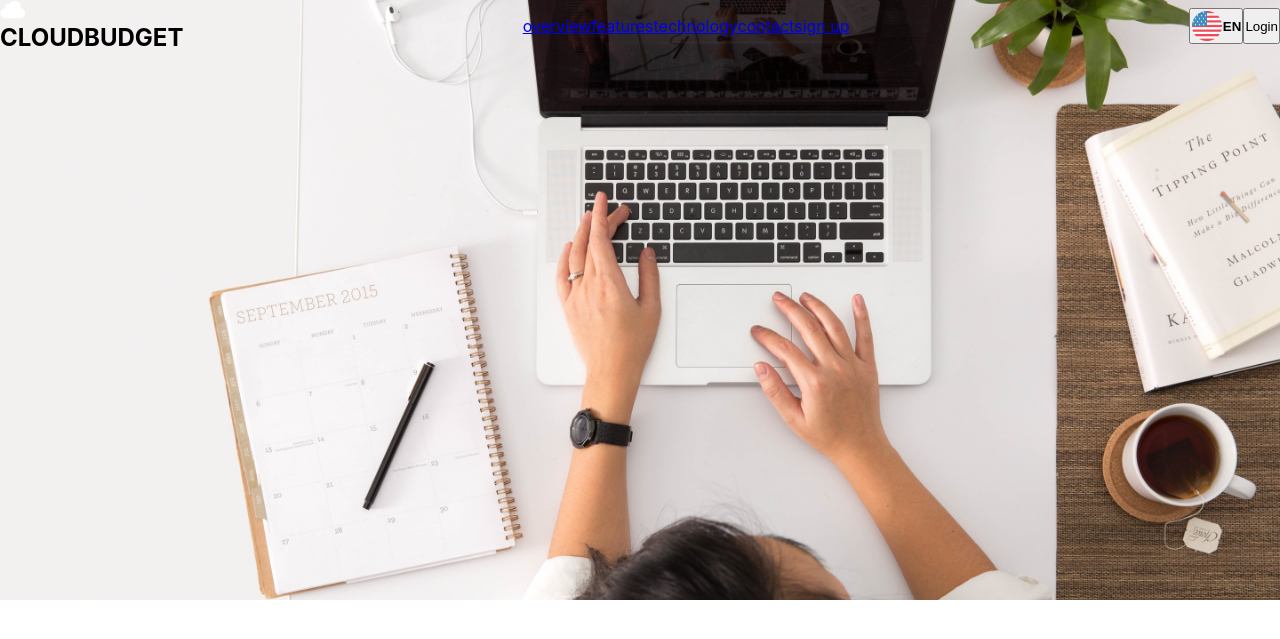
Repository: Ola-22/cloudBudget
Page: /
The author's editor kept a copy of each file at every save. The page is drawn from the files as they stood at one save, then again after the next save.
The browser window is 1280 px wide. The pictures show the whole page.
The project was rebuilt for these pictures with package versions that can differ from the ones it lists, and the page was loaded fresh each time.

Above is the page before, as saved 2021-09-11 14:54:17.

After the next save:
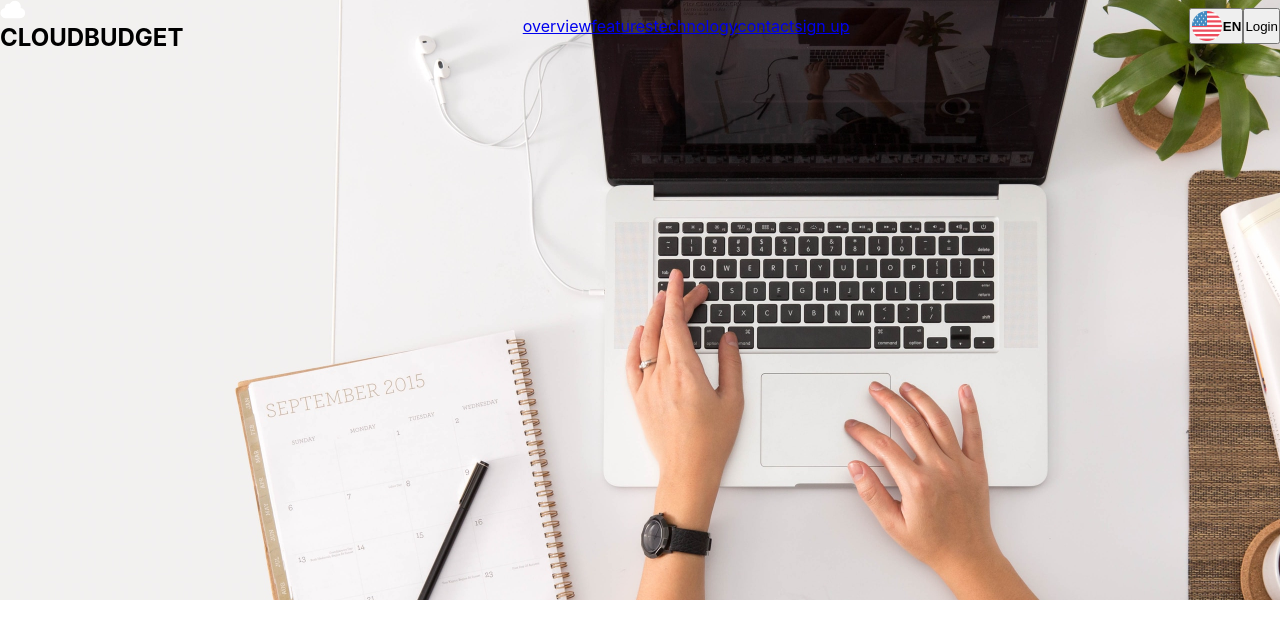
Saved 22 s later.
--- a/src/App.css
+++ b/src/App.css
@@ -8,9 +8,9 @@
   height: 500px;
   position: relative;
 
-  background-color: #cccccc;
+  /* background-color: #cccccc;
   background-position: center;
   background-repeat: no-repeat;
   background-size: cover;
-  position: relative;
+  position: relative; */
 }

After the save that followed:
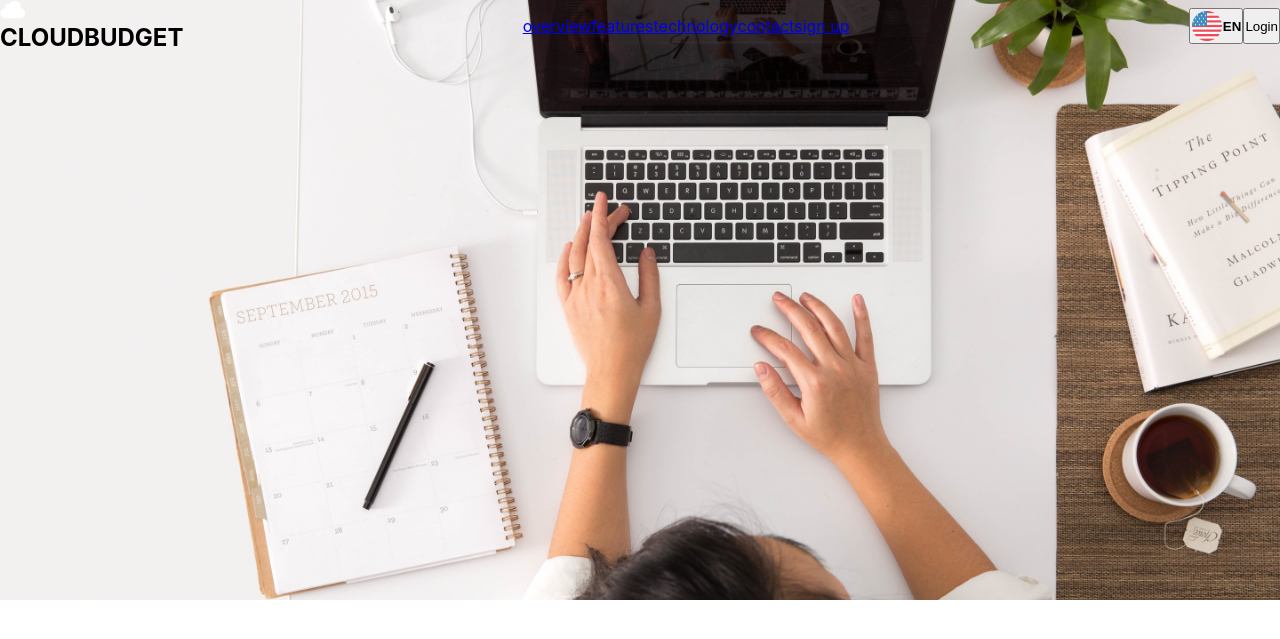
Saved 5 s later.
--- a/src/App.css
+++ b/src/App.css
@@ -8,9 +8,9 @@
   height: 500px;
   position: relative;
 
-  /* background-color: #cccccc;
+  background-color: #cccccc;
   background-position: center;
   background-repeat: no-repeat;
   background-size: cover;
-  position: relative; */
+  position: relative;
 }
